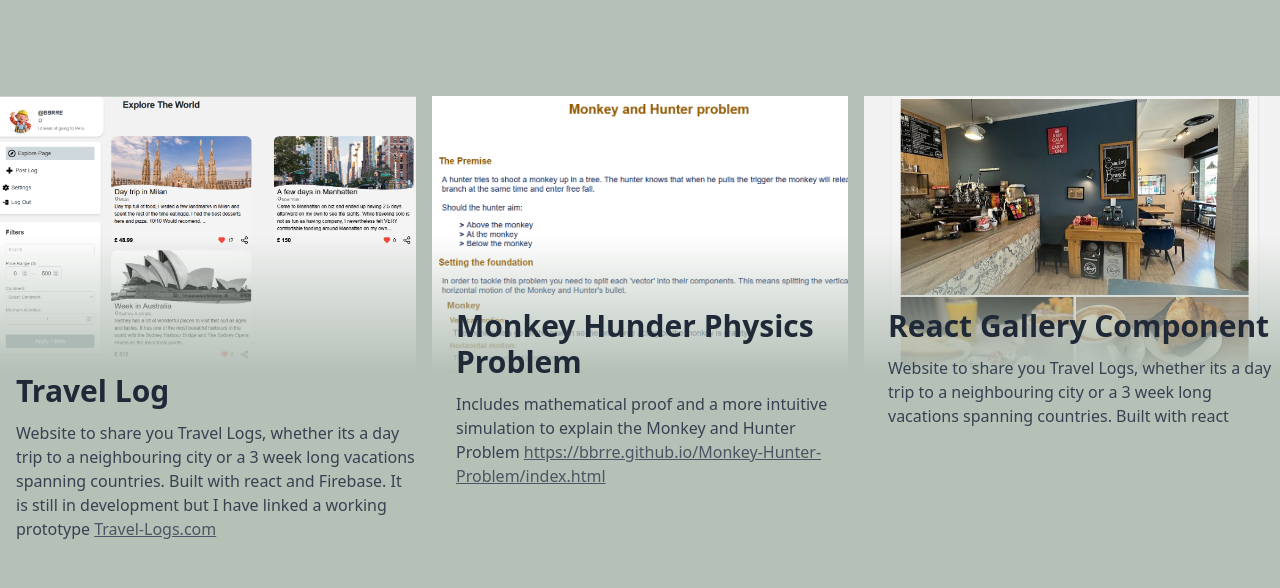
Repository: BBRRE/Portfolio-V2
Page: /#/Computer-Sci
The author's editor kept a copy of each file at every save. The page is drawn from the files as they stood at one save, then again after the next save.
The browser window is 1280 px wide. The pictures show the whole page.
Some web fonts or font styles are not loaded; a fallback is used. The project was rebuilt for these pictures with package versions that can differ from the ones it lists, and the page was loaded fresh each time. Also part of the build but not shown: vite.config.js, src/Subjects/Archi.jsx, src/Subjects/EEng.jsx, src/Subjects/Other.jsx, src/Projects Overview.jsx, src/HomePage.jsx, src/ErrorBoundary.jsx.

Above is the page before, as saved 2024-11-29 09:17:06.

### index.html
<!doctype html>
<html lang="en">
  <head>
    <meta charset="UTF-8" />
    <link rel="icon" type="image/svg+xml" href="src\assets\letter-bb.svg" />
    <link href="https://fonts.googleapis.com/css2?family=Inconsolata&family=Italiana&family=Hubballi&family=Julius+Sans+One&display=swap" rel="stylesheet">
    <link rel="preconnect" href="https://fonts.googleapis.com" />
<link rel="preconnect" href="https://fonts.gstatic.com" crossorigin />
<link
  rel="stylesheet"
  href="https://fonts.googleapis.com/css2?family=Roboto:wght@300;400;500;700&display=swap"
/>
<link
  rel="stylesheet"
  href="https://fonts.googleapis.com/icon?family=Material+Icons"
/>

    <meta name="viewport" content="width=device-width, initial-scale=1.0" />
    <title>Bilaal Bare</title>
  </head>
  <body>
    <div id="root"></div>
    <script type="module" src="/src/main.jsx"></script>
  </body>
</html>

### src/main.jsx
import React from 'react'
import ReactDOM from 'react-dom/client'
import App from './App'
import ErrorBoundary from './ErrorBoundary'
import './index.css'

ReactDOM.createRoot(document.getElementById('root')).render(
  <React.StrictMode>
    <ErrorBoundary>
      <App />
    </ErrorBoundary>
  </React.StrictMode>
)

### src/App.jsx
import { HashRouter as Router, Routes, Route } from 'react-router-dom';
import Archi from './Subjects/Archi.jsx'
import CompSci from './Subjects/CompSci.jsx'
import EEng from './Subjects/EEng.jsx'
import Other from './Subjects/Other.jsx'
import { HomePage } from './HomePage'
import { useState, useEffect } from 'react'

function App() {
  useEffect(() => {
    console.log('App component mounted')
  }, [])

  return (
    <Router>
        <Routes>
          <Route path="/" element={<HomePage />} />
          <Route path="/Architecture" element={<Archi />} />
          <Route path="/Electronic-Eng" element={<EEng />} />
          <Route path="/Computer-Sci" element={<CompSci />} />
          <Route path="/Other" element={<Other />} />
        </Routes>
    </Router>
  )
}

export default App

### src/index.css
@tailwind base;
@tailwind components;
@tailwind utilities;

@layer utilities {
  .bg-dot-pattern {
    background-image: radial-gradient(circle, rgba(0, 0, 0, 0.2) 1px, transparent 1px);
    background-size: 50px 50px; /* Adjust the spacing here */
  }
}

### src/Subjects/CompSci.jsx
import React from 'react'
import cs from '../assets/aaaa.png'
import ph from '../assets/Monkey.png'
import tr from '../assets/tra.png'

const CompSci = () => {
  return (
    <div className='bg-[#B5C0B7] w-full h-auto min-h-screen flex gap-4'>
      <div className='flex flex-col mx-auto mt-24 w-[700px]'>
        <img src={cs} style={{ WebkitMaskImage: 'linear-gradient(to top, transparent 0%, black 50%)' }} />
        <div className="  flex flex-col ml-4 gap-3 justify-center">
          <h2 className=" text-left text-xl md:text-2xl lg:text-3xl font-semibold text-gray-800">
            Travel Log
          </h2>
          <p className="text-gray-700 text-sm md:text-base leading-relaxed max-w-[500px]">
            Website to share you Travel Logs, whether its a day trip to a neighbouring city or a 3 week long vacations spanning countries. Built with react
            and Firebase. It is still in development but I have linked a working prototype <a href="https://Travel-Logs.com/" className='underline text-gray-600'>Travel-Logs.com</a>
          </p>
        </div>
      </div>

      <div className='relative mx-auto mt-24 w-[700px] h-[400px]'>
        <img src={ph} style={{ WebkitMaskImage: 'linear-gradient(to top, transparent 0%, black 50%)' }} />
        <div className=" absolute bottom-2 left-2 flex flex-col ml-4 gap-3 justify-center">
          <h2 className=" text-left text-xl md:text-2xl lg:text-3xl font-semibold text-gray-800">
            Monkey Hunder Physics Problem
          </h2>
          <p className="text-gray-700 text-sm md:text-base leading-relaxed max-w-[500px]">
            Includes mathematical proof and a more intuitive simulation to explain the Monkey and Hunter Problem  <a href="https://bbrre.github.io/Monkey-Hunter-Problem/index.html" className='underline text-gray-600'>https://bbrre.github.io/Monkey-Hunter-Problem/index.html</a>        </p>
        </div>
      </div>

      <div className='relative mx-auto mt-24 w-[700px] h-[340px]'>
        <img src={tr} style={{ WebkitMaskImage: 'linear-gradient(to top, transparent 0%, black 50%)' }} />
        <div className=" absolute bottom-2 left-2 flex flex-col ml-4 gap-3 justify-center">
          <h2 className=" text-left text-xl md:text-2xl lg:text-3xl font-semibold text-gray-800">
            React Gallery Component
          </h2>
          <p className="text-gray-700 text-sm md:text-base leading-relaxed max-w-[500px]">
            Website to share you Travel Logs, whether its a day trip to a neighbouring city or a 3 week long vacations spanning countries. Built with react

          </p>
        </div>
      </div>

    </div>
  )
}

export default CompSci

### tailwind.config.js
/** @type {import('tailwindcss').Config} */
export default {
    darkMode: ["class"],
    content: ["index.css",
  "./src/**/*.{js,ts,jsx,tsx}",],
  theme: {
  	extend: {
  		backgroundImage: {
  			noise: "url('/src/assets/nnnoise.svg')",
  			undulate: "url('/src/assets/uuundulate.svg')"
  		},
  		fontFamily: {
  			inconsolata: ['Inconsolata', 'monospace'],
  			italiana: ['Italiana', 'serif'],
  			hubballi: ['Hubballi', 'cursive'],
  			julius: ['Julius Sans One"', 'sans-serif']
  		},
      keyframes: {
        fadeIn: {
          '0%': { opacity: '0' },
          '100%': { opacity: '1' },
        },
      }
  	}
  }
}

After the next save:
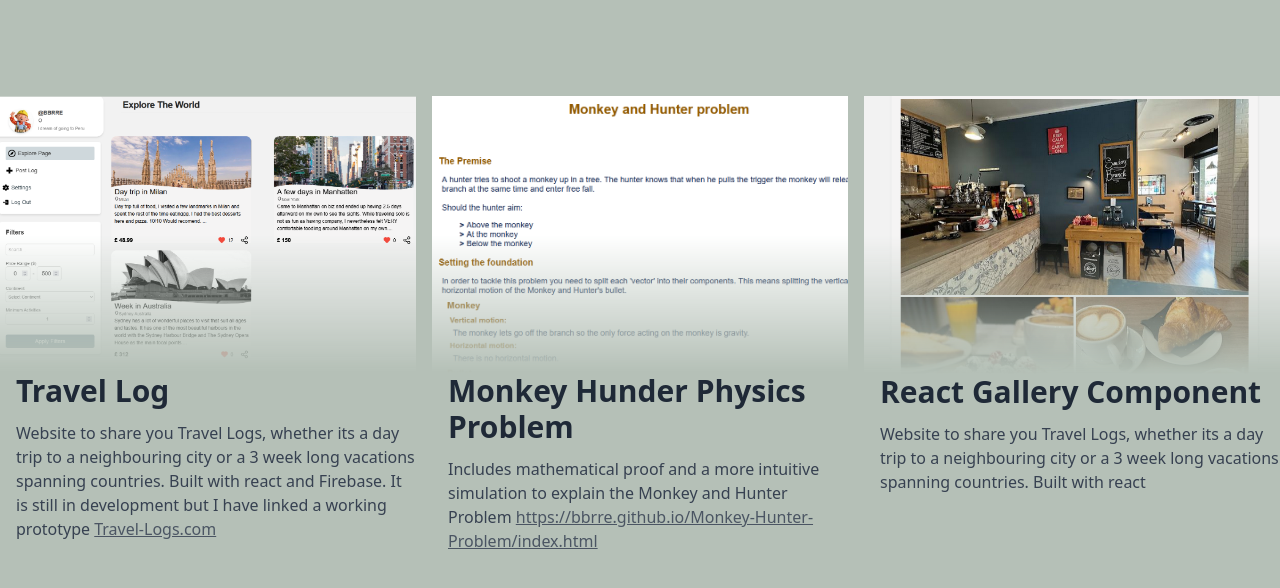
Saved 19 s later.
--- a/src/Subjects/CompSci.jsx
+++ b/src/Subjects/CompSci.jsx
@@ -19,9 +19,9 @@ const CompSci = () => {
         </div>
       </div>
 
-      <div className='relative mx-auto mt-24 w-[700px] h-[400px]'>
+      <div className='flex flex-col mx-auto mt-24 w-[700px]'>
         <img src={ph} style={{ WebkitMaskImage: 'linear-gradient(to top, transparent 0%, black 50%)' }} />
-        <div className=" absolute bottom-2 left-2 flex flex-col ml-4 gap-3 justify-center">
+        <div className=" flex flex-col ml-4 gap-3 justify-center">
           <h2 className=" text-left text-xl md:text-2xl lg:text-3xl font-semibold text-gray-800">
             Monkey Hunder Physics Problem
           </h2>
@@ -30,9 +30,9 @@ const CompSci = () => {
         </div>
       </div>
 
-      <div className='relative mx-auto mt-24 w-[700px] h-[340px]'>
+      <div className='flex flex-col mx-auto mt-24 w-[700px]'>
         <img src={tr} style={{ WebkitMaskImage: 'linear-gradient(to top, transparent 0%, black 50%)' }} />
-        <div className=" absolute bottom-2 left-2 flex flex-col ml-4 gap-3 justify-center">
+        <div className=" flex flex-col ml-4 gap-3 justify-center">
           <h2 className=" text-left text-xl md:text-2xl lg:text-3xl font-semibold text-gray-800">
             React Gallery Component
           </h2>
